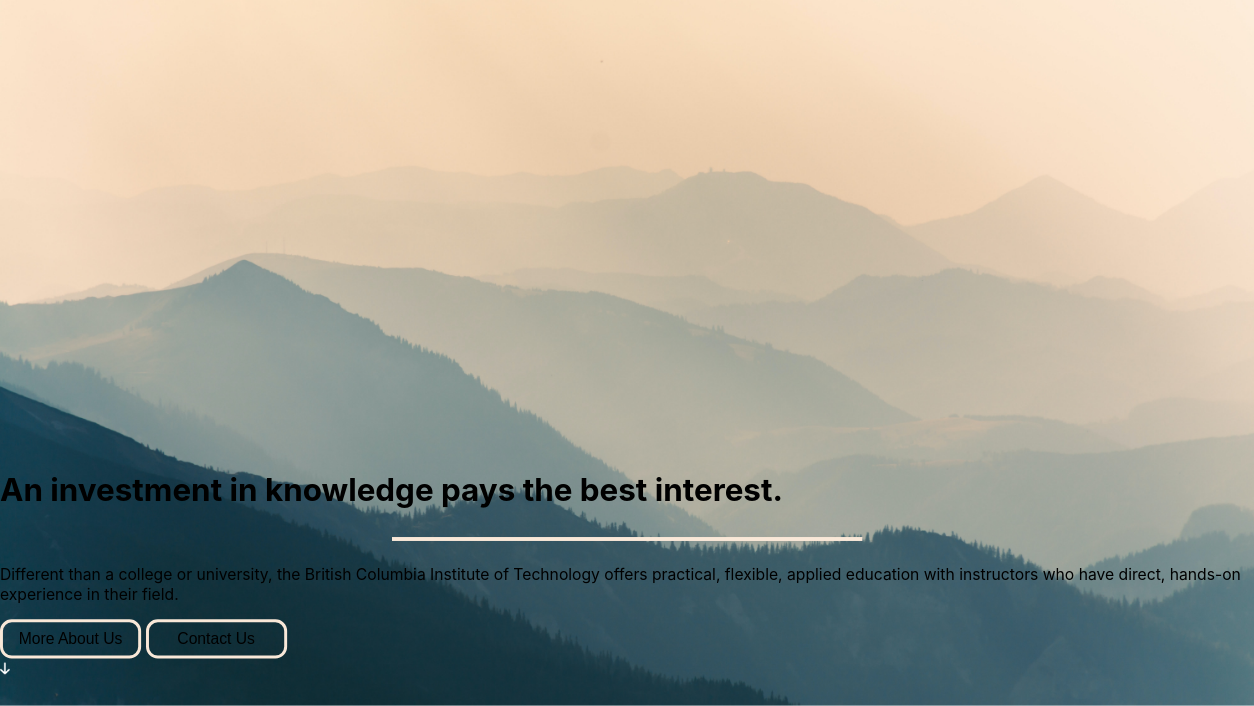
Repository: SaraShio/A01314209_Sara_Shiojima
Page: /
These files come from the project's save history. The page is drawn as it stood at one moment and after the next save; the edit follows.
The browser window is 1280 px wide. The pictures show the whole page, at 98% of full size.
The project was rebuilt for these pictures with package versions that can differ from the ones it lists, and the page was loaded fresh each time. The framework's server and built-in components were replaced by stand-ins that run in the browser. Also part of the build but not shown: next.config.js.

Above is the page before, as saved 2023-02-08 16:20:44.

After the next save:
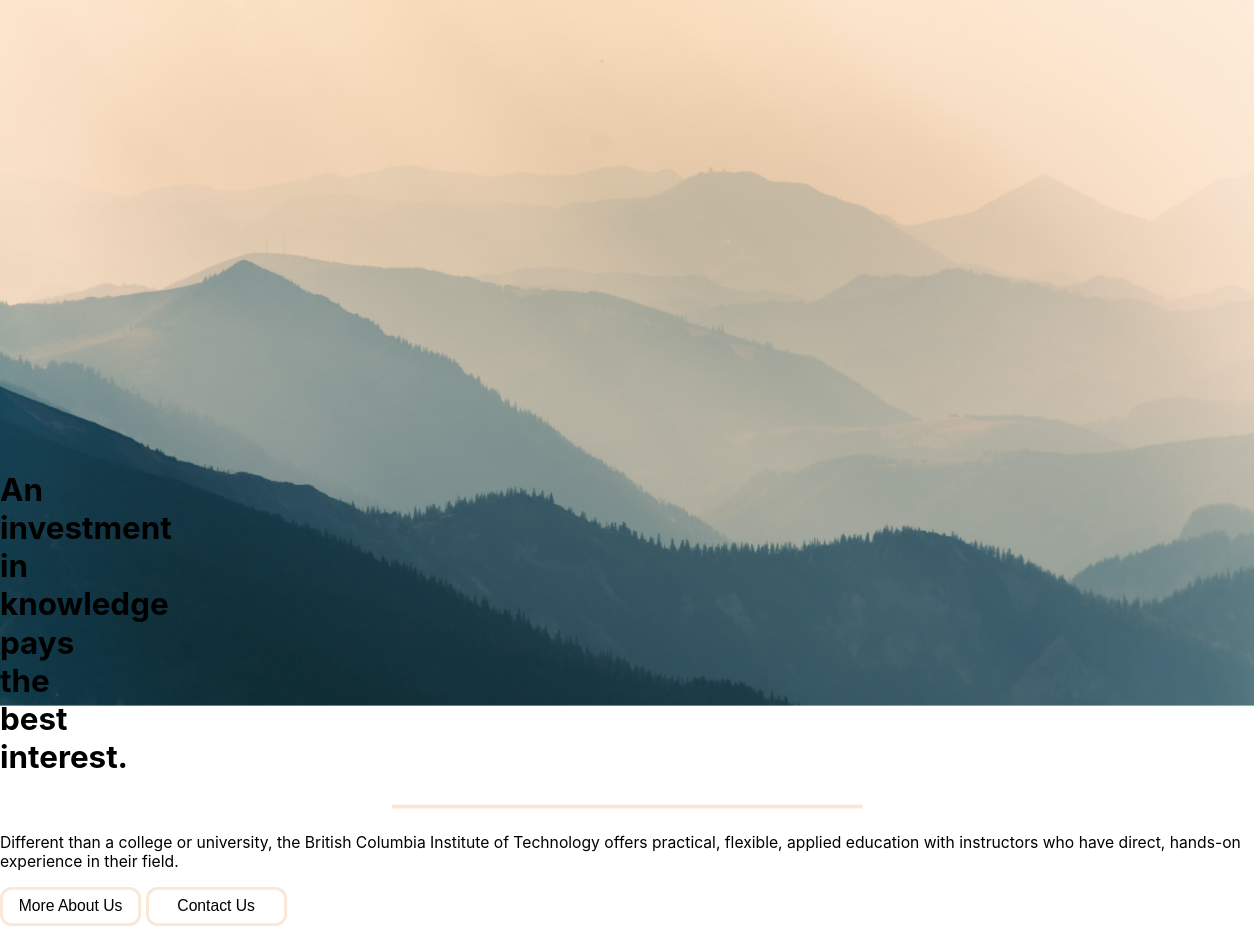
Saved 11 s later.
--- a/styles/Home.module.css
+++ b/styles/Home.module.css
@@ -34,5 +34,5 @@
 
 .header{
     margin-top: 30rem;
-    margin-right: 30rem;
+    margin-right: 80rem;
 }

After the save that followed:
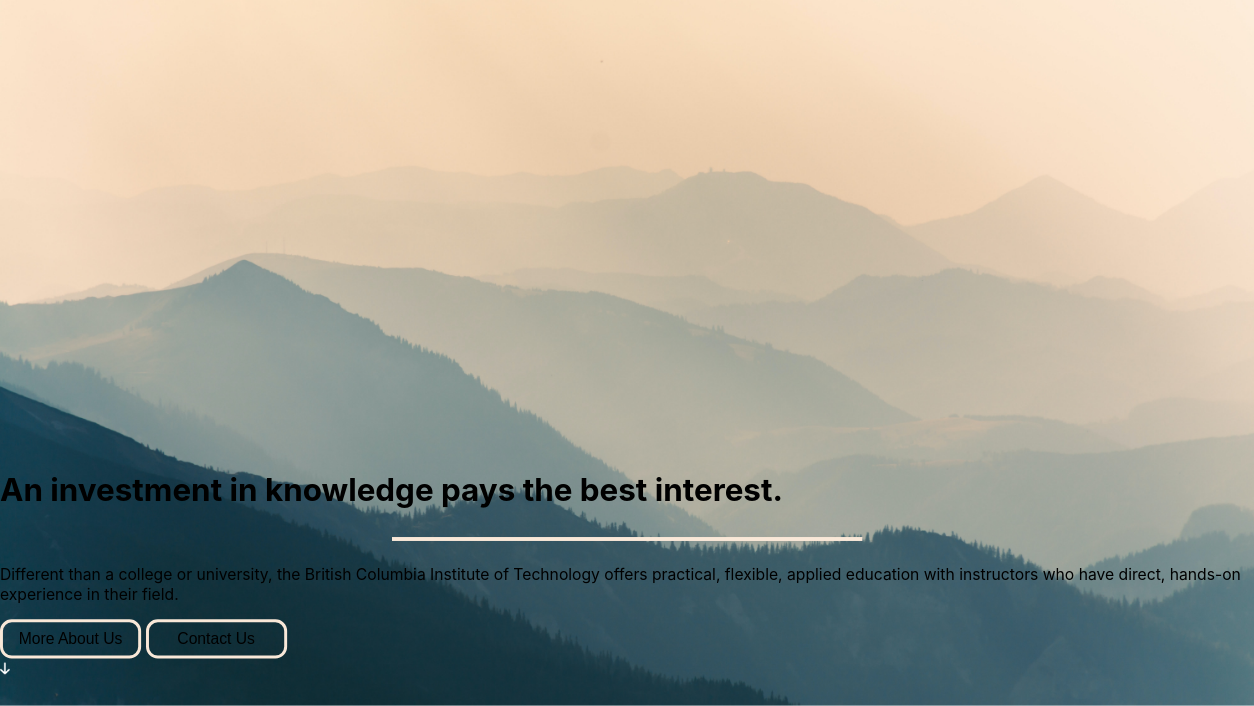
Saved 6 s later.
--- a/styles/Home.module.css
+++ b/styles/Home.module.css
@@ -34,5 +34,5 @@
 
 .header{
     margin-top: 30rem;
-    margin-right: 80rem;
+    margin-right: 0rem;
 }
